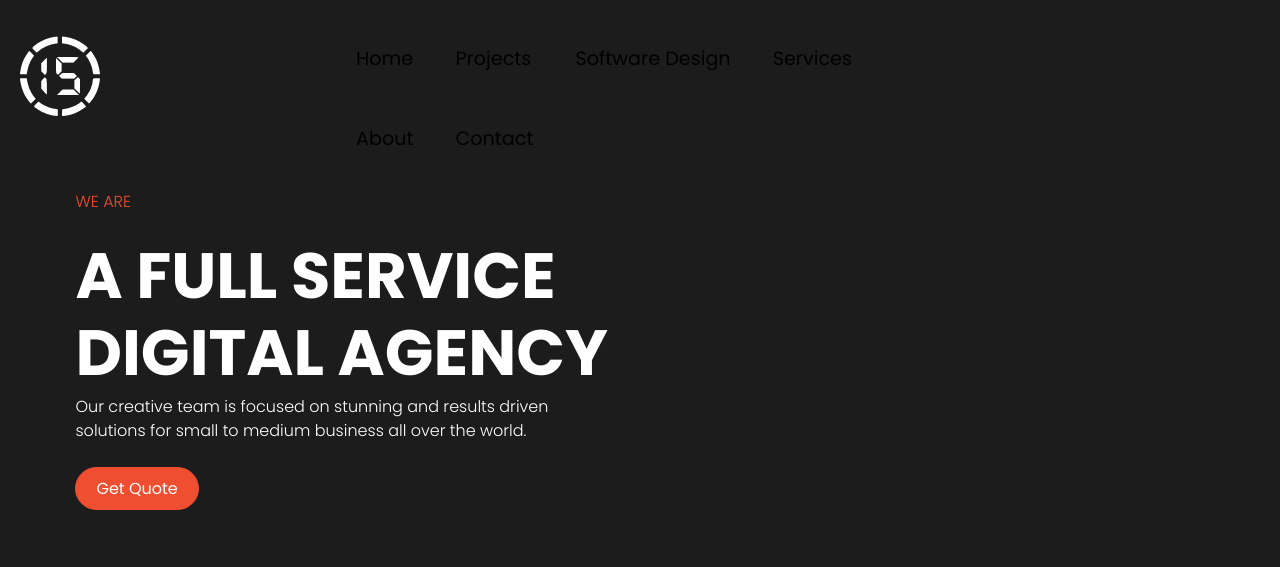
Repository: gopalpurohit54/one5
Page: /
An editor plug-in stored every save of this project. The page is shown before and after the next save, followed by the edit.
The browser window is 1280 px wide. The pictures show the whole page.
The project was rebuilt for these pictures with package versions that can differ from the ones it lists, and the page was loaded fresh each time.

Above is the page before, as saved 2021-06-11 15:04:44.

After the next save:
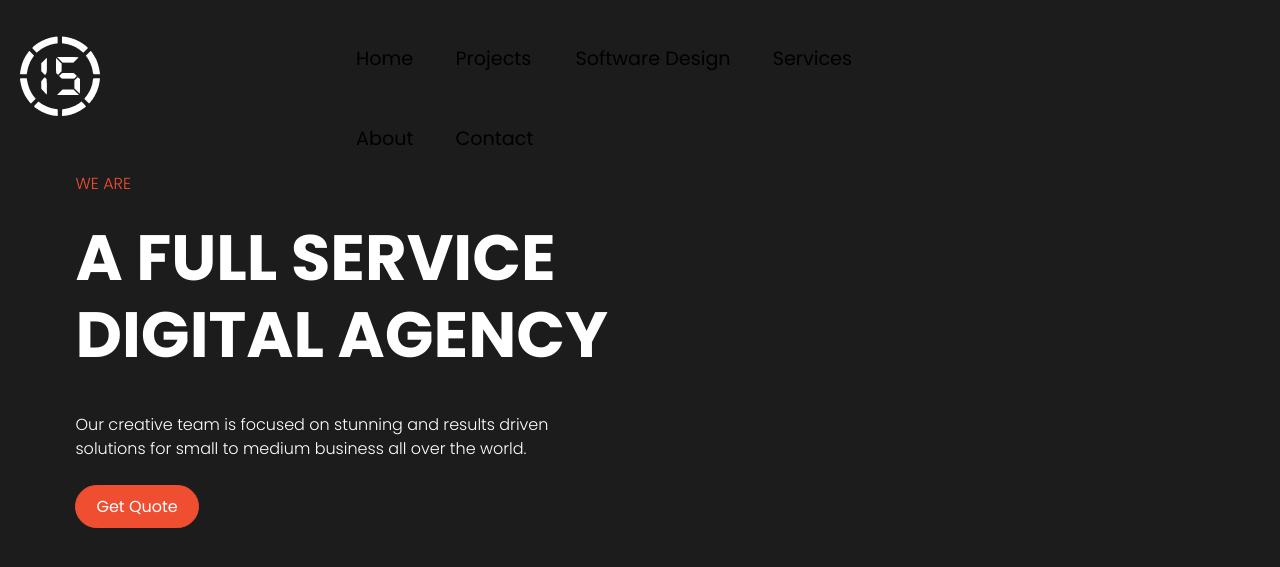
Saved 21 s later.
--- a/src/components/HeroSection.js
+++ b/src/components/HeroSection.js
@@ -36,7 +36,7 @@ function HeroSection() {
         padding: 5rem 2rem;
 
         h1 {
-            margin-bottom: 0.25rem;
+            margin-bottom: 2.5rem;
             font-size: 4rem;
             line-height: 1.2;
         }
